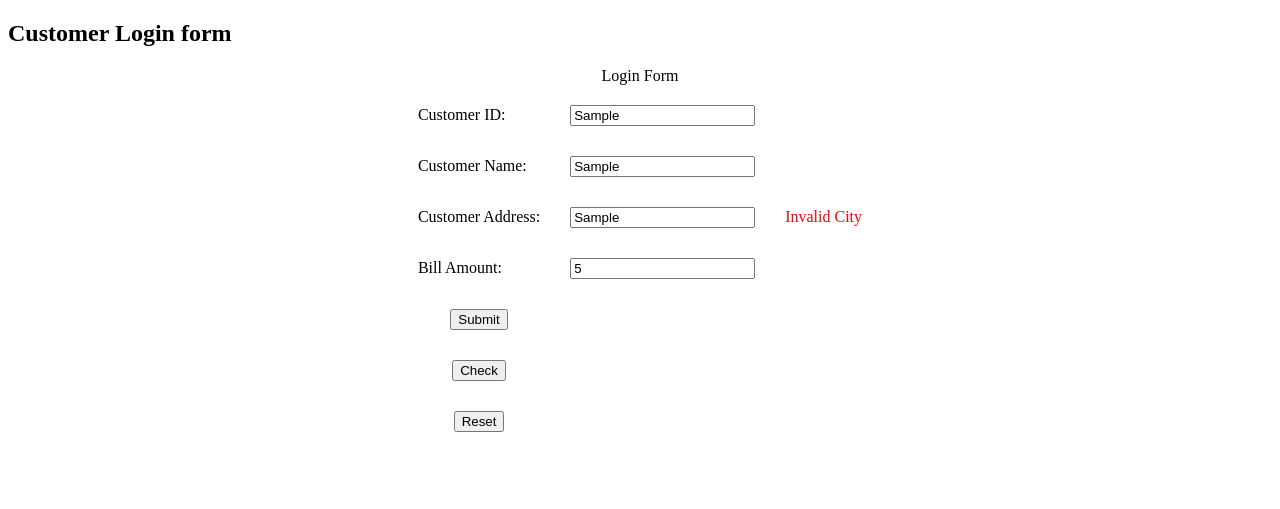
Repository: abhishek110597/Deloitte
Page: Workspace/JavaTraining/CustomerForm.html
An editor plug-in stored every save of this project. The page is shown before and after the next save, followed by the edit.
The browser window is 1280 px wide. The pictures show the whole page.
Empty fields were first filled with sample values (such as "Sample", 5 or name@example.com).
After loading, the first visible `#Go` was clicked once.

Above is the page before, as saved 2019-12-30 09:20:30.

### Workspace/JavaTraining/CustomerForm.html
<!DOCTYPE html>
<html>
<head>
<meta charset="ISO-8859-1">
<title>Customer login form</title>
<script type="text/javascript">
	function validate() {
		var customerId = document.getElementById("customerId").value
		var customerName = document.getElementById("customerName").value
		var customerAddress = document.getElementById("customerAddress").value
		var billAmount = document.getElementById("billAmount").value
		var errorCustomerId = document.getElementById("errorCustomerId")
		var errorCustomerName = document.getElementById("errorCustomerName")
		var errorCustomerAddress = document
				.getElementById("errorCustomerAddress")
		var errorbillAmount = document.getElementById("errorbillAmount")

		if (customerId == 0 || customerId.length < 6) {
			errorCustomerId.innerHTML = "<font color='red'>Invalid CustomerID, Must have atleast 6 characters"
		} else
			errorCustomerId.innerHTML = ""


		if (customerAddress == "Pune" || customerAddress == "Mumbai"|| customerAddress == "Delhi") {
			errorCustomerAddress.innerHTML = ""
		} else if (customerAddress == 0) {
			errorCustomerAddress.innerHTML = "<font color='red'>Enter the city"
		} else
			errorCustomerAddress.innerHTML = "<font color='red'>Invalid City"


		if (customerName == 0) {
			errorCustomerName.innerHTML = "<font color='red'>Invalid Customer Name"
		} else
			errorCustomerName.innerHTML = ""


		if (billAmount <=0) {
			errorbillAmount.innerHTML = "<font color='red'>Invalid Bill Amount"
		} else
			errorbillAmount.innerHTML = ""

	}
</script>
</head>
<body>
	<form>
		<h2>Customer Login form</h2>
		<table cellspacing="10" cellpadding="10" border="0" align="center">
			<caption>Login Form</caption>
			<tr>
				<td>Customer ID:</td>
				<td><input type="text" name="customerId" id="customerId" /></td>
				<td><span id="errorCustomerId"></span></td>
			</tr>
			<tr>
				<td>Customer Name:</td>
				<td><input type="text" name="customerName" id="customerName" /></td>
				<td><span id="errorCustomerName"></span></td>
			</tr>
			<tr>
				<td>Customer Address:</td>
				<td><input type="text" name="customerAddress"
					id="customerAddress" /></td>
				<td><span id="errorCustomerAddress"></span></td>
			</tr>
			<tr>
				<td>Bill Amount:</td>
				<td><input type="number" name="billAmount" id="billAmount" /></td>
				<td><span id="errorbillAmount"></span></td>
			</tr>
			<tr>
				<td align="center"><input type="submit" value="Submit"
					id="submit" /></td>
			</tr>
			<tr>
				<td align="center"><input type="button" value="Check" id="Go"
					onclick="validate()" /></td>
			</tr>
			<tr>
				<td align="center"><input type="reset" id="reset" /></td>
			</tr>
		</table>
	</form>
</body>
</html>

After the next save:
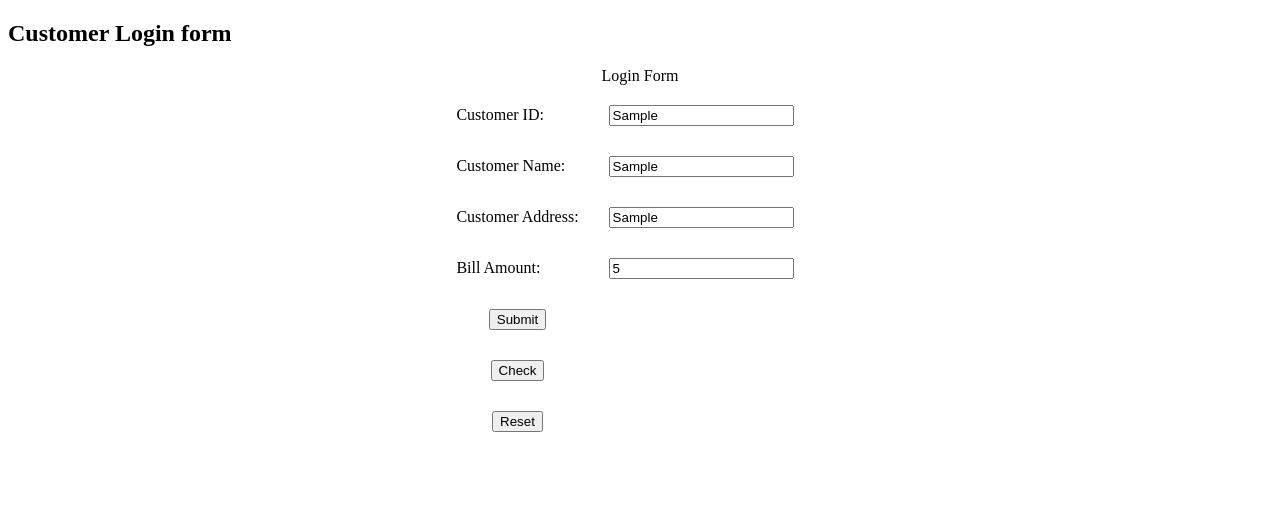
Console error: SyntaxError: Invalid or unexpected token
Saved 7 min 34 s later.
--- a/Workspace/JavaTraining/CustomerForm.html
+++ b/Workspace/JavaTraining/CustomerForm.html
@@ -5,6 +5,11 @@
 <title>Customer login form</title>
 <script type="text/javascript">
 	function validate() {
+		cid=false
+		cname=false
+		caddress=false
+		billamt=false
+
 		var customerId = document.getElementById("customerId").value
 		var customerName = document.getElementById("customerName").value
 		var customerAddress = document.getElementById("customerAddress").value
@@ -17,28 +22,39 @@
 
 		if (customerId == 0 || customerId.length < 6) {
 			errorCustomerId.innerHTML = "<font color='red'>Invalid CustomerID, Must have atleast 6 characters"
-		} else
+		} else{
 			errorCustomerId.innerHTML = ""
-
+		cid=true
+		}
 
 		if (customerAddress == "Pune" || customerAddress == "Mumbai"|| customerAddress == "Delhi") {
 			errorCustomerAddress.innerHTML = ""
 		} else if (customerAddress == 0) {
 			errorCustomerAddress.innerHTML = "<font color='red'>Enter the city"
-		} else
+		} else{
 			errorCustomerAddress.innerHTML = "<font color='red'>Invalid City"
-
+		caddress=true}
 
 		if (customerName == 0) {
 			errorCustomerName.innerHTML = "<font color='red'>Invalid Customer Name"
-		} else
+		} else{
 			errorCustomerName.innerHTML = ""
-
+		cname=true}
 
 		if (billAmount <=0) {
 			errorbillAmount.innerHTML = "<font color='red'>Invalid Bill Amount"
-		} else
+		} else{
 			errorbillAmount.innerHTML = ""
+		billamt=true}
+	div=document.getElementById("display")
+		if(cid==true&&cname==true&&caddress==true&&billamt==true){
+			display.innerHTML="<font color='green'Congrats, Your customer saved successfully
+				Your customer details are :
+				Customer Id :"+customerId
+				Customer Name :"+customerName
+				Customer Address :"+customerAddress
+				Bill Amount :"+billAmount>"
+		}
 
 	}
 </script>
@@ -81,6 +97,7 @@
 				<td align="center"><input type="reset" id="reset" /></td>
 			</tr>
 		</table>
+		<div id=display></div>
 	</form>
 </body>
 </html>

After the 6 saves that followed:
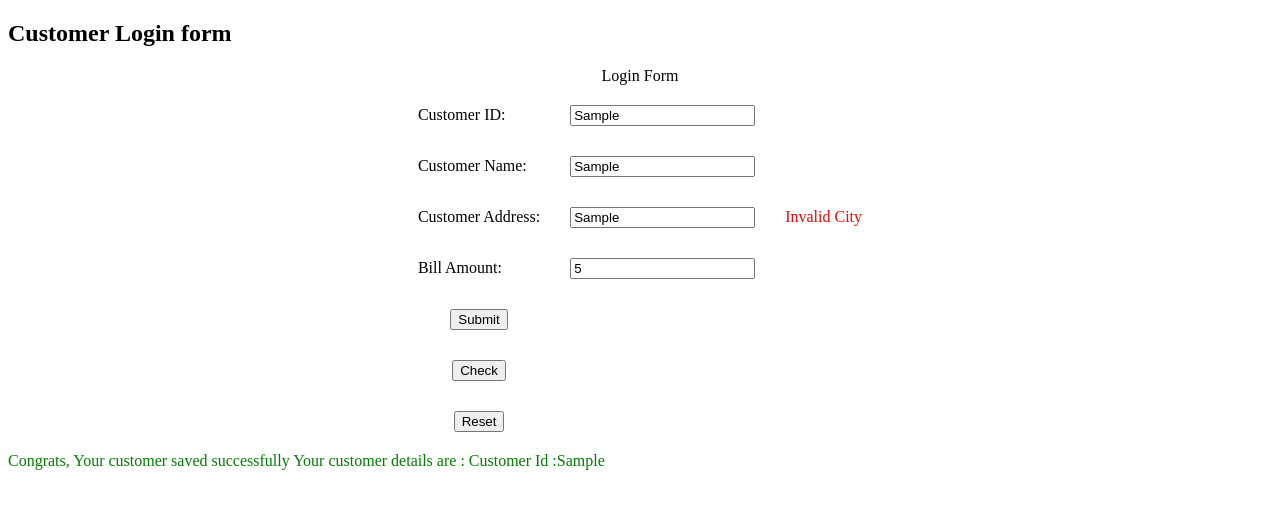
The error is gone.
The 6 saves are shown as one change because 5 left the picture as it was.
The last was saved 4 min 15 s later.
--- a/Workspace/JavaTraining/CustomerForm.html
+++ b/Workspace/JavaTraining/CustomerForm.html
@@ -5,10 +5,10 @@
 <title>Customer login form</title>
 <script type="text/javascript">
 	function validate() {
-		cid=false
-		cname=false
-		caddress=false
-		billamt=false
+		cid = false
+		cname = false
+		caddress = false
+		billamt = false
 
 		var customerId = document.getElementById("customerId").value
 		var customerName = document.getElementById("customerName").value
@@ -22,40 +22,44 @@
 
 		if (customerId == 0 || customerId.length < 6) {
 			errorCustomerId.innerHTML = "<font color='red'>Invalid CustomerID, Must have atleast 6 characters"
-		} else{
+		} else {
 			errorCustomerId.innerHTML = ""
-		cid=true
+			cid = true
 		}
 
-		if (customerAddress == "Pune" || customerAddress == "Mumbai"|| customerAddress == "Delhi") {
+		if (customerAddress == "Pune" || customerAddress == "Mumbai"
+				|| customerAddress == "Delhi") {
 			errorCustomerAddress.innerHTML = ""
 		} else if (customerAddress == 0) {
 			errorCustomerAddress.innerHTML = "<font color='red'>Enter the city"
-		} else{
+		} else {
 			errorCustomerAddress.innerHTML = "<font color='red'>Invalid City"
-		caddress=true}
+			caddress = true
+		}
 
 		if (customerName == 0) {
 			errorCustomerName.innerHTML = "<font color='red'>Invalid Customer Name"
-		} else{
+		} else {
 			errorCustomerName.innerHTML = ""
-		cname=true}
-
-		if (billAmount <=0) {
-			errorbillAmount.innerHTML = "<font color='red'>Invalid Bill Amount"
-		} else{
-			errorbillAmount.innerHTML = ""
-		billamt=true}
-	div=document.getElementById("display")
-		if(cid==true&&cname==true&&caddress==true&&billamt==true){
-			display.innerHTML="<font color='green'Congrats, Your customer saved successfully
-				Your customer details are :
-				Customer Id :"+customerId
-				Customer Name :"+customerName
-				Customer Address :"+customerAddress
-				Bill Amount :"+billAmount>"
+			cname = true
 		}
 
+		if (billAmount <= 0) {
+			errorbillAmount.innerHTML = "<font color='red'>Invalid Bill Amount"
+		} else {
+			errorbillAmount.innerHTML = ""
+			billamt = true
+		}
+		div = document.getElementById("display")
+		if (cid == true && cname == true && caddress == true && billamt == true) {
+			display.innerHTML = "<font color='green'>Congrats, Your customer saved successfully \nYour customer details are :\nCustomer Id :"
+					+ customerId
+			"\nCustomer Name :" + customerName
+			"\nCustomer Address :" + customerAddress
+			"\nBill Amount :" + billAmount
+		} else{
+			display.innerHTML = ""
+		}
 	}
 </script>
 </head>
